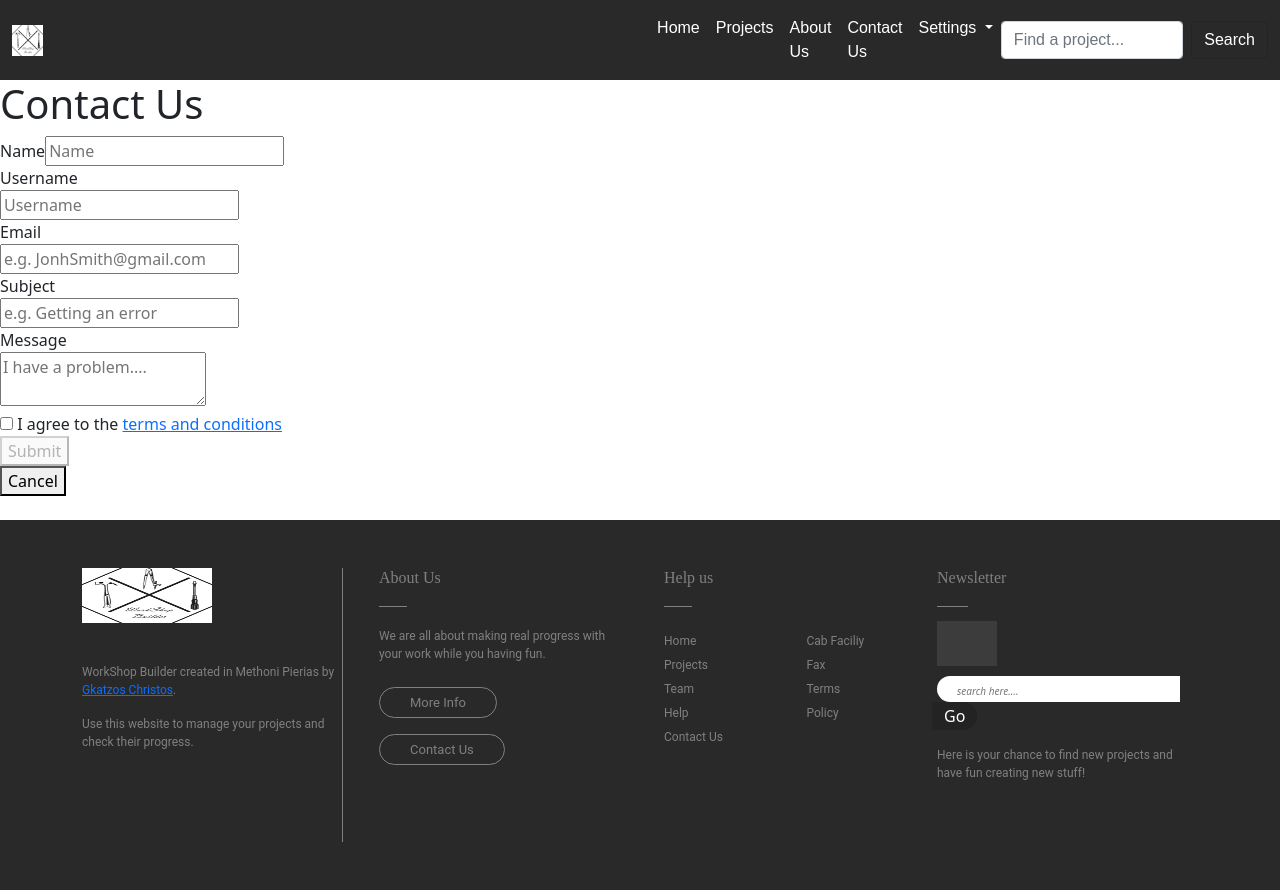
Repository: GkatzosChristos/workshop-builder-ui
Page: /contactUs (app in workshop-builder-ui/)
An editor plug-in stored every save of this project. The page is shown before and after the next save, followed by the edit.
The browser window is 1280 px wide. The pictures show the whole page.
The project was rebuilt for these pictures with package versions that can differ from the ones it lists, and the page was loaded fresh each time. Also part of the build but not shown: workshop-builder-ui/angular.json, workshop-builder-ui/src/app/about-us/about-us.component.ts, workshop-builder-ui/src/app/home/home.component.ts, workshop-builder-ui/src/app/project/project.component.ts.

Above is the page before, as saved 2021-08-27 17:02:24.

### workshop-builder-ui/src/index.html
<!doctype html>
<html lang="en">
<head>
  <meta charset="utf-8">
  <title>WorkshopBuilderUI</title>
  <base href="/">
  <meta name="viewport" content="width=device-width, initial-scale=1">
  <link rel="icon" type="image/x-icon" href="favicon.ico">
</head>

<body>
  <app-root></app-root>
</body>

</html>

### workshop-builder-ui/src/app/app.module.ts
import { NgModule } from '@angular/core';
import { BrowserModule } from '@angular/platform-browser';
import { FormsModule } from '@angular/forms';
import { AppRoutingModule } from './app-routing.module';
import { AppComponent } from './app.component';
import { HeaderComponent } from './header/header.component';
import { FooterComponent } from './footer/footer.component';
import { ContactUsComponent } from './contact-us/contact-us.component';
import { AboutUsComponent } from './about-us/about-us.component';
import { ProjectsComponent } from './project/project.component';
import { HomeComponent } from './home/home.component';

@NgModule({
  declarations: [
    AppComponent,
    HeaderComponent,
    FooterComponent,
    ContactUsComponent,
    AboutUsComponent,
    ProjectsComponent,
    HomeComponent
  ],
  imports: [
    BrowserModule,
    AppRoutingModule,
    FormsModule
  ],
  providers: [],
  bootstrap: [AppComponent]
})
export class AppModule { }

### workshop-builder-ui/src/app/app-routing.module.ts
import { NgModule } from '@angular/core';
import { RouterModule, Routes } from '@angular/router';
import { AboutUsComponent } from './about-us/about-us.component';
import { ContactUsComponent } from './contact-us/contact-us.component';
import { HomeComponent } from './home/home.component';
import { ProjectsComponent } from './project/project.component';

const routes: Routes = [
  {
    path: '',
    component: HomeComponent
  },
  {
    path: 'contactUs',
    component: ContactUsComponent
  },
  {
    path: 'aboutUs',
    component: AboutUsComponent
  },
  {
    path: 'projects',
    component: ProjectsComponent
  },
];

@NgModule({
  imports: [RouterModule.forRoot(routes)],
  exports: [RouterModule]
})
export class AppRoutingModule { }

### workshop-builder-ui/src/app/app.component.ts
import { Component } from '@angular/core';

@Component({
  selector: 'app-root',
  templateUrl: './app.component.html',
  styleUrls: ['./app.component.scss']
})
export class AppComponent {
  title = 'workshop-builder-ui';
}

### workshop-builder-ui/src/app/contact-us/contact-us.component.ts
import { Component, OnInit } from '@angular/core';
import { FormGroup } from '@angular/forms';

@Component({
  selector: 'app-contact-us',
  templateUrl: 'contact-us.html',
  styles: [
  ]
})
export class ContactUsComponent implements OnInit {
  name: string='';
  username: string='';
  email: string='';
  subject: string='';
  message: string='';


  constructor() { }

  ngOnInit(): void {
  }

  submitForm(){
    const result = `${this.name}, your submission was successful! We will contact you at ${this.email} as soon as possible!`;
    alert(result);
  }

  onReset(){
    location.reload();
  }

}

### workshop-builder-ui/src/app/header/header.component.html
<head>
    <title>header</title>
    <meta charset="utf-8">
</head>
<header>
    <nav class="navbar navbar-expand-lg">
        <div class="container-fluid">
            <a class="navbar-brand" routerLink="/">
                <img src="/assets/images/workshop_logo.jpg" alt="WorkShop Builder">
            </a>
            <div id="navbar" class="collapse navbar-collapse">
                <ul class="navbar-nav me-auto my-2 my-lg-0 navbar-nav-scroll">
                    <li class="nav-item">
                        <a class="nav-link text-white" routerLink="/">Home</a>
                    </li>
                    <li class="nav-item">
                        <a class="nav-link text-white" routerLink="/projects">Projects</a>
                    </li>
                    <li class="nav-item">
                        <a class="nav-link text-white" routerLink="/aboutUs">About Us</a>
                    </li>
                    <li class="nav-item">
                        <a class="nav-link text-white" routerLink="/contactUs">Contact Us</a>
                    </li>
                    <li class="nav-item dropdown">
                        <a class="nav-link dropdown-toggle text-white" id="navbarScrollingDropdown" role="button"
                            data-bs-toggle="dropdown" aria-expanded="false">
                            Settings
                        </a>
                        <ul class="dropdown-menu" aria-labelledby="navbarScrollingDropdown">
                            <li><a class="dropdown-item text-white" href="#">Sign in</a></li>
                            <li><a class="dropdown-item text-white" href="#">Sign up</a></li>
                            <li>
                                <hr class="dropdown-divider">
                            </li>
                            <li><a class="dropdown-item text-white" href="#">Report an issue</a></li>
                        </ul>
                    </li>
                </ul>
                <form class="d-flex">
                    <input class="form-control me-2" type="text" placeholder="Find a project...">
                    <a class="btn btn-outline-dark text-white">Search</a>
                </form>
            </div>
        </div>
    </nav>
</header>

### workshop-builder-ui/src/app/header/header.component.scss
img {
    height: 5%;
    width: 5%;
}

nav {
    background: #292929;
}

header {
    font-family: 'Signika', sans-serif;
 }

### workshop-builder-ui/src/app/footer/footer.component.html
<head>
    <title>Footer</title>
    <meta charset="utf-8">
</head>
<footer class="container-fluid bg-grey py-5">
    <div class="container">
        <div class="row">
            <div class="col-md-6">
                <div class="row">
                    <div class="col-md-6 ">
                        <div class="logo-part">
                            <img src="/assets/images/workshop_logo.jpg" class="w-50 logo-footer">
                            <p>WorkShop Builder created in Methoni Pierias by <a
                                    href="https://www.linkedin.com/in/christos-gkatzos/">Gkatzos Christos</a>.</p>
                            <p>Use this website to manage your projects and check their progress.</p>
                        </div>
                    </div>
                    <div class="col-md-6 px-4">
                        <h6> About Us</h6>
                        <p>We are all about making real progress with your work while you having fun.</p>
                        <a href="#" class="btn-footer"> More Info </a><br>
                        <a href="#" class="btn-footer"> Contact Us</a>
                    </div>
                </div>
            </div>
            <div class="col-md-6">
                <div class="row">
                    <div class="col-md-6 px-4">
                        <h6> Help us</h6>
                        <div class="row ">
                            <div class="col-md-6">
                                <ul>
                                    <li> <a href="#"> Home</a> </li>
                                    <li> <a href="#"> Projects</a> </li>
                                    <li> <a href="#"> Team</a> </li>
                                    <li> <a href="#"> Help</a> </li>
                                    <li> <a href="#"> Contact Us</a> </li>
                                </ul>
                            </div>
                            <div class="col-md-6 px-4">
                                <ul>
                                    <li> <a href="#"> Cab Faciliy</a> </li>
                                    <li> <a href="#"> Fax</a> </li>
                                    <li> <a href="#"> Terms</a> </li>
                                    <li> <a href="#"> Policy</a> </li>
                                </ul>
                            </div>
                        </div>
                    </div>
                    <div class="col-md-6 ">
                        <h6> Newsletter</h6>
                        <div class="social">
                            <a href="#"><i class="fa fa-facebook mr-1" aria-hidden="true"></i></a>
                            <a href="#"><i class="fa fa-instagram" aria-hidden="true"></i></a>
                        </div>
                        <form class="form-footer my-3">
                            <input type="text" placeholder="search here...." name="search">
                            <input type="button" value="Go">
                        </form>
                        <p>Here is your chance to find new projects and have fun creating new stuff!</p>
                    </div>
                </div>
            </div>
        </div>
    </div>
</footer>

### workshop-builder-ui/src/app/footer/footer.component.scss
body {
    font-family: 'Signika', sans-serif;
 }
 .bg-grey {
    background: #292929;
 }
 .logo-footer {
    margin-bottom: 40px;
 }
 footer {
    color: grey;
 }
 footer p, a {
    font-size: 12px;
    font-family: 'Roboto', sans-serif;
}
footer h6 {
    font-family: 'Playfair Display', serif;
    margin-bottom: 40px;
    position: relative;
}
footer h6:after {
    position: absolute;
    content: "";
    background: grey;
    width: 12%;
    height: 1px;
    left: 0;
    bottom: -20px;
}
.btn-footer {
    color: grey;
    text-decoration: none;
    border: 1px solid;
    border-radius: 43px;
    font-size: 13px;
    padding: 7px 30px;
    line-height: 47px;
 }

 .btn-footer:hover {
    text-decoration: none;
 }

.form-footer input[type="text"] {
    border: none;
    border-radius: 16px 0 0 16px;
    outline: none;
    padding-left: 10px;
}

::placeholder {
    font-size: 10px;
    padding-left: 10px;
    font-style: italic;
}

.form-footer input[type="button"] {
    border: none;
    background:#232323;
    margin-left: -5px;
    color: #fff;
    outline: none;
    border-radius: 0 16px 16px 0;
    padding: 2px 12px;
}

.social .fa {
    color: grey;
    font-size: 22px;
    padding: 10px 15px;
    background: #3c3c3c;
}

footer ul li {
    list-style: none;
    display: block;
}

footer ul  {
    padding-left: 0;
}
footer ul  li a{
    text-decoration: none;
    color: grey;
    text-decoration:none;
}

a:hover {
    text-decoration: none;
    color: #f5f5f5 !important;
}

.logo-part {
    border-right: 1px solid grey;
    height: 100%;
}

img {
    height: 20%;
    width: 20%;
}

### workshop-builder-ui/src/app/contact-us/contact-us.html
<h1 class="title has-text-centered">Contact Us</h1>
<body>
  <section>
      <form (ngSubmit)="submitForm()" #contactForm="ngForm">
        <div class="field">
        <div class="field">
          <label class="label has-text-centered">Name</label>
          <input
            class="input"
            type="text"
            name="name"
            placeholder="Name"
            [(ngModel)]="name"
            #nameInput="ngModel"
            required>
            <div class="help is-error" *ngIf="nameInput.invalid && nameInput.touched">
                <p class="help is-danger">This username is required!</p>
            </div>
            <div class="help is-error" *ngIf="nameInput.valid && nameInput.dirty">
                <p class="help is-success">This username is Availible!</p>
            </div>
        </div>
        <div class="field column is-4">
          <label class="label has-text-centered">Username</label>
          <div class="control has-icons-left has-icons-right">
            <input
              class="input"
              type="text"
              name="usename"
              placeholder="Username"
              [(ngModel)]="username"
              #usernameInput="ngModel"
              required>
            <span class="icon is-small is-left">
              <i class="fa fa-user"></i>
            </span>
            <div class="help is-error" *ngIf="usernameInput.invalid && usernameInput.touched">
                <p class="help is-danger">This username is required!</p>
            </div>
            <div class="help is-error" *ngIf="usernameInput.valid && usernameInput.dirty">
                <p class="help is-success">This username is Availible!</p>
            </div>
          </div>
        </div>

        <div class="field column is-4">
          <label class="label has-text-centered">Email</label>
          <div class="control has-icons-left">
            <input
              class="input"
              type="email"
              name="email"
              placeholder="e.g. JonhSmith@gmail.com"
              #emailInput="ngModel"
              [(ngModel)]="email"
              required
              email>
            <span class="icon is-small is-left">
              <i class="fa fa-envelope"></i>
            </span>
            <div class="help is-error is-danger" *ngIf="emailInput.invalid && emailInput.touched">
                <p class="help is-danger">The email required and must be valid!</p>
            </div>
            <div class="help is-error" *ngIf="emailInput.valid && emailInput.dirty">
                <p class="help is-success">This email is valid!</p>
            </div>
          </div>
        </div>

        <div class="field column is-4">
          <label class="label has-text-centered">Subject</label>
          <div class="control">
            <input class="input is-expand" type="text" name="subject" placeholder="e.g. Getting an error" [(ngModel)]="subject">
          </div>
        </div>

        <div class="field column is-4 ">
          <label class="label has-text-centered">Message</label>
          <div class="control">
            <textarea class="textarea" name="message" placeholder="I have a problem...." [(ngModel)]="message"></textarea>
          </div>
        </div>

        <div class="field">
          <div class="control">
            <label class="checkbox">
              <input type="checkbox"
              #checkboxInput>
              I agree to the <a href="#">terms and conditions</a>
            </label>
          </div>
        </div>

        <div class="field is-grouped mb-4 is-grouped-centered">
          <div class="control">
            <button class="button is-link" [disabled]="contactForm.invalid">Submit</button>
          </div>
          <div class="control">
            <button class="button is-link is-light" type="reset" (click)="onReset()" >Cancel</button>
          </div>
        </div>
        </div>
      </form>
  </section>
  </body>

Loaded but not shown: workshop-builder-ui/src/styles.scss (common file); workshop-builder-ui/src/main.ts (common file); workshop-builder-ui/src/environments/environment.ts (common file); workshop-builder-ui/src/app/header/header.component.ts (common file); workshop-builder-ui/src/app/footer/footer.component.ts (common file); workshop-builder-ui/src/app/app.component.html (common file); workshop-builder-ui/src/app/app.component.scss (no stored copy; drawn as an empty file); workshop-builder-ui/src/app/project/project.scss (no stored copy; drawn as an empty file)

After the next save:
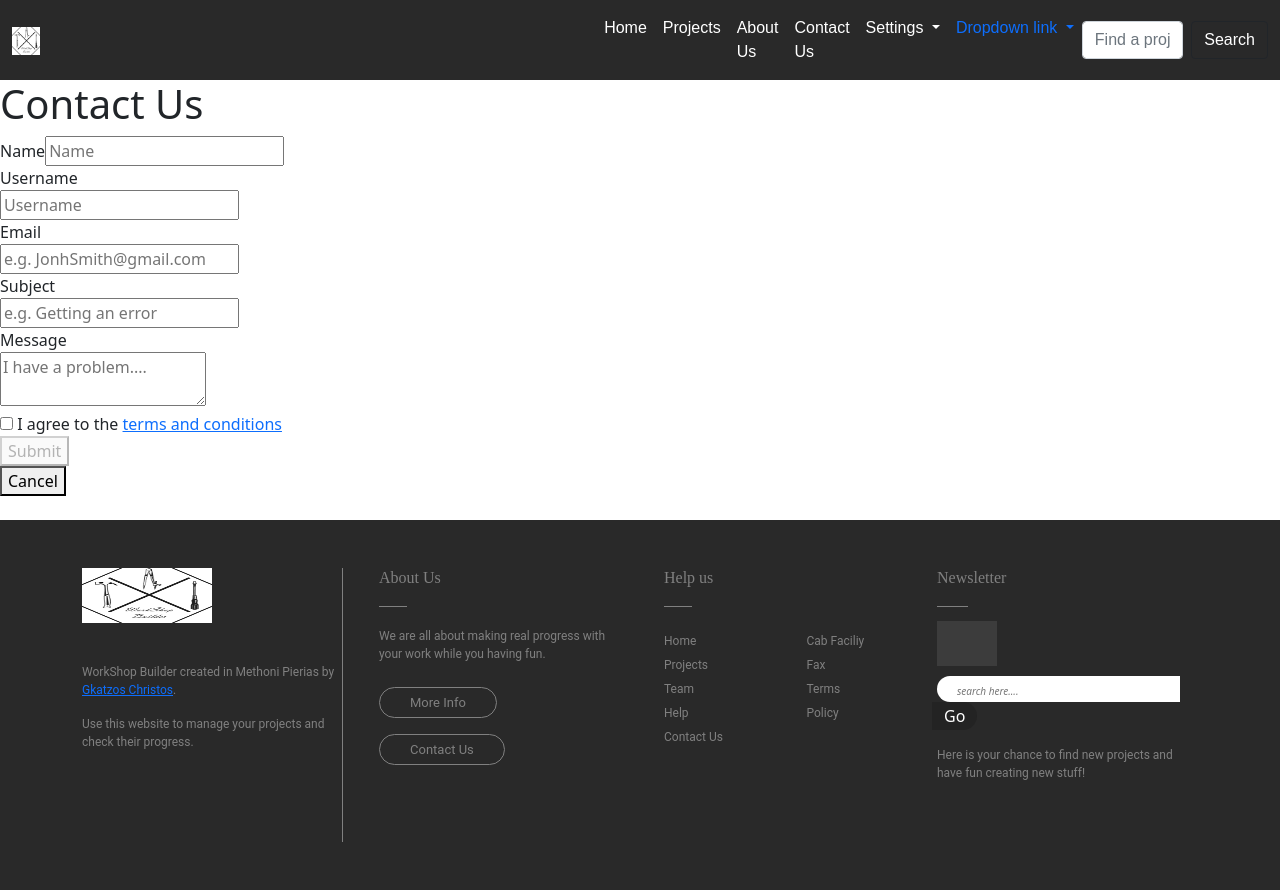
Saved 2 min 50 s later.
--- a/workshop-builder-ui/src/app/header/header.component.html
+++ b/workshop-builder-ui/src/app/header/header.component.html
@@ -36,6 +36,16 @@
                             <li><a class="dropdown-item text-white" href="#">Report an issue</a></li>
                         </ul>
                     </li>
+                    <li class="nav-item dropdown">
+                        <a class="nav-link dropdown-toggle" href="#" id="navbarDropdownMenuLink" role="button" data-bs-toggle="dropdown" aria-expanded="false">
+                          Dropdown link
+                        </a>
+                        <ul class="dropdown-menu" aria-labelledby="navbarDropdownMenuLink">
+                          <li><a class="dropdown-item" href="#">Action</a></li>
+                          <li><a class="dropdown-item" href="#">Another action</a></li>
+                          <li><a class="dropdown-item" href="#">Something else here</a></li>
+                        </ul>
+                      </li>
                 </ul>
                 <form class="d-flex">
                     <input class="form-control me-2" type="text" placeholder="Find a project...">

After the save that followed:
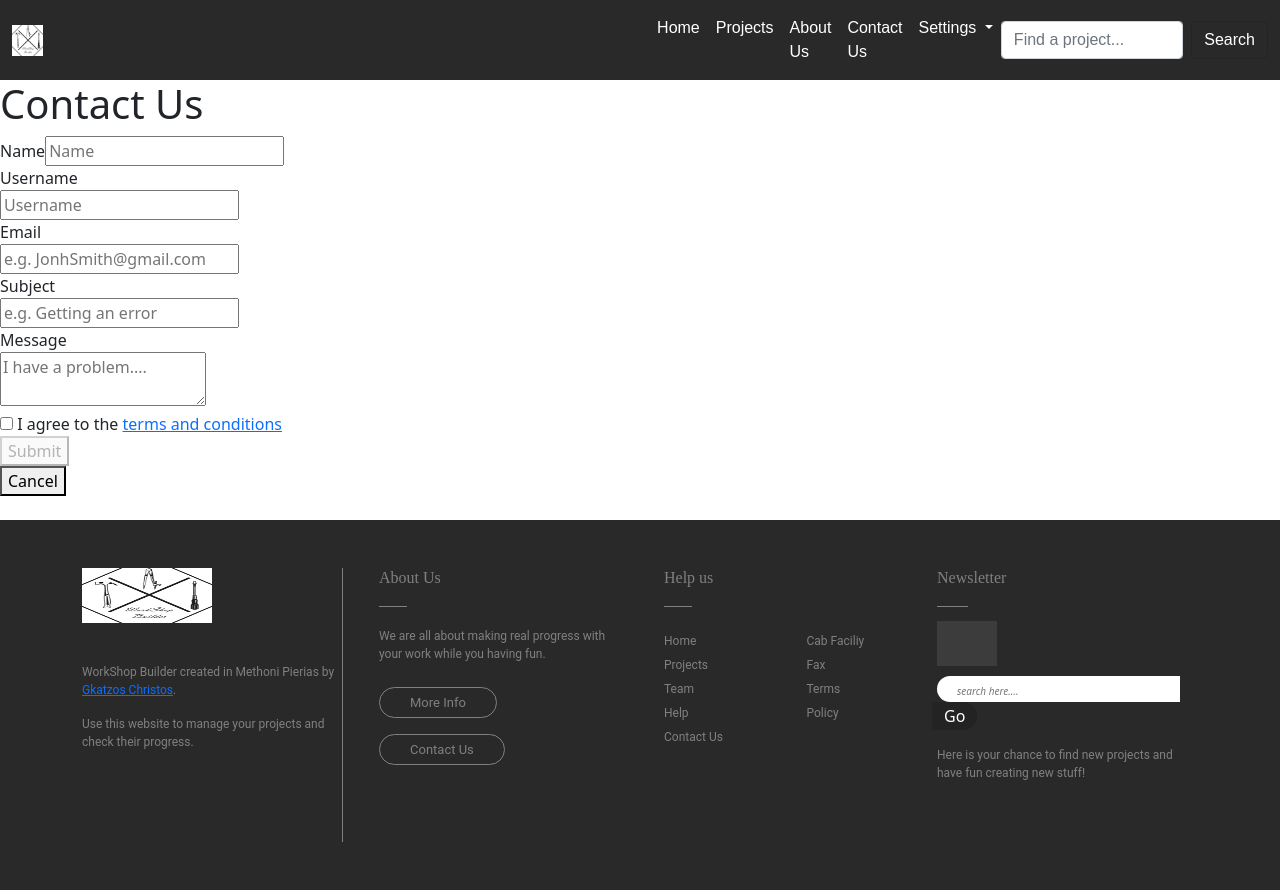
Saved 43 s later.
--- a/workshop-builder-ui/src/app/header/header.component.html
+++ b/workshop-builder-ui/src/app/header/header.component.html
@@ -36,16 +36,6 @@
                             <li><a class="dropdown-item text-white" href="#">Report an issue</a></li>
                         </ul>
                     </li>
-                    <li class="nav-item dropdown">
-                        <a class="nav-link dropdown-toggle" href="#" id="navbarDropdownMenuLink" role="button" data-bs-toggle="dropdown" aria-expanded="false">
-                          Dropdown link
-                        </a>
-                        <ul class="dropdown-menu" aria-labelledby="navbarDropdownMenuLink">
-                          <li><a class="dropdown-item" href="#">Action</a></li>
-                          <li><a class="dropdown-item" href="#">Another action</a></li>
-                          <li><a class="dropdown-item" href="#">Something else here</a></li>
-                        </ul>
-                      </li>
                 </ul>
                 <form class="d-flex">
                     <input class="form-control me-2" type="text" placeholder="Find a project...">
